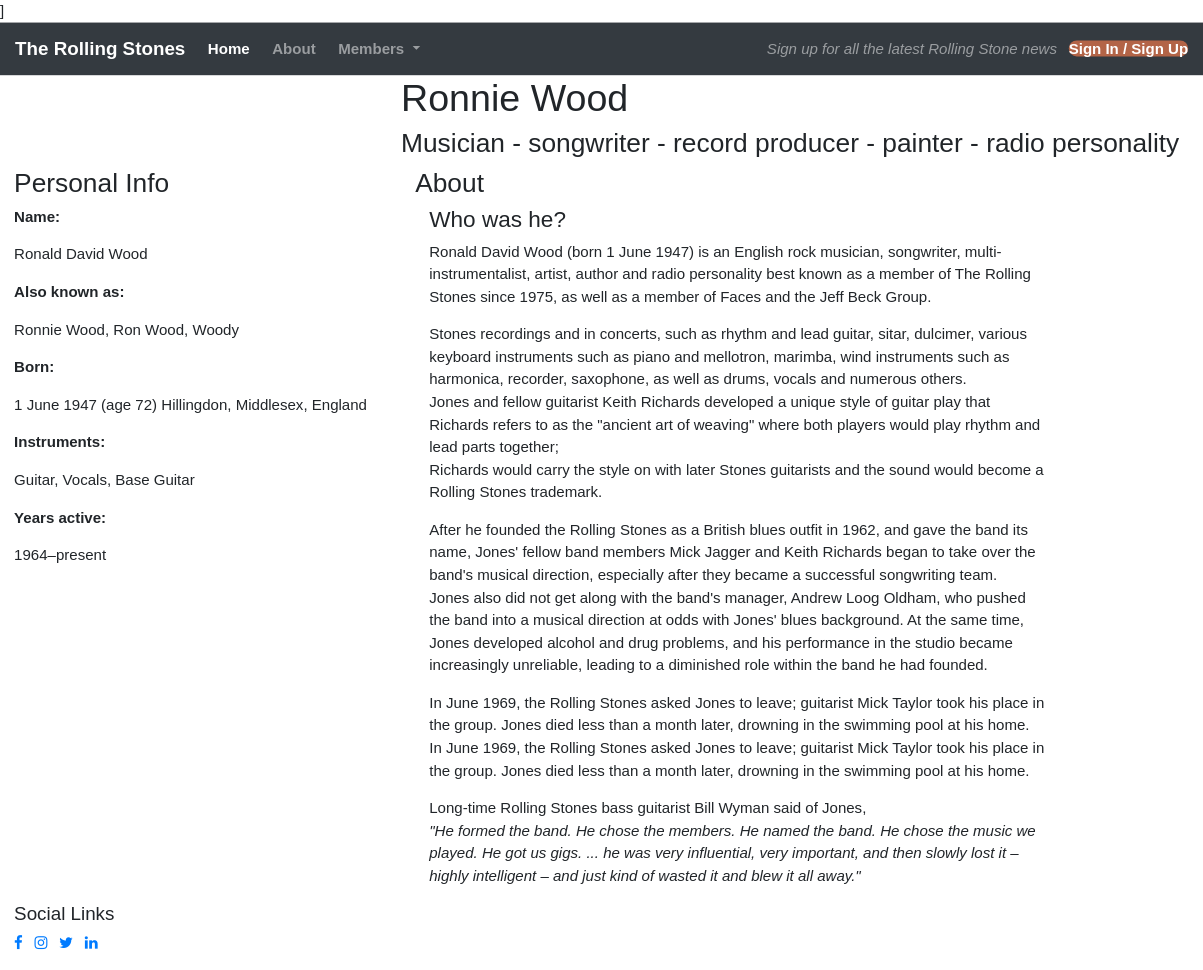
Repository: TecDruid/rolling-stones-fan-site
Page: ronnie-wood.html
The author's editor kept a record of every edit. The page is drawn from the files as they stood at one moment, then again after the next edit.
The browser window is 1280 px wide. The pictures show the whole page, at 94% of full size.
Some web fonts or font styles are not loaded; a fallback is used. Some web libraries are served in a nearby version.

Above is the page before.

### ronnie-wood.html
<!DOCTYPE html>
<html lang="en">

<head>
    <meta charset="utf-8">
    <meta name="viewport" content="width=device-width, initial-scale=1.0">
    <link rel="stylesheet" href="https://maxcdn.bootstrapcdn.com/bootstrap/4.1.3/css/bootstrap.min.css">
    <link rel="stylesheet" href="https://use.fontawesome.com/releases/v5.6.1/css/all.css" integrity="sha384-gfdkjb5BdAXd+lj+gudLWI+BXq4IuLW5IT+brZEZsLFm++aCMlF1V92rMkPaX4PP" crossorigin="anonymous">
    <link rel="stylesheet" href="https://stackpath.bootstrapcdn.com/font-awesome/4.7.0/css/font-awesome.min.css" type="text/css" />
    <link href="https://fonts.googleapis.com/css?family=Stylish" rel="stylesheet">
    <link rel="stylesheet" href="css/style.css" type="text/css" />
    <title>Ronnie Wood</title>
</head>

<body>

    <!----------------------------------------Nav--------------------------------------------->]


    <div class="nav-container"></div>
    <nav class="navbar navbar-dark navbar-expand-sm bg-dark">
        <a href="/" class="navbar-brand">
                    The Rolling Stones</a>

        <button class="navbar-toggler ml-auto" type="button" data-toggle="collapse" data-target="#navbarNavDropdown" aria-controls="navbarNavDropdown" aria-expanded="false" aria-label="Toggle navigation">
        <span class="navbar-toggler-icon"></span></button>

        <div class="collapse navbar-collapse" id="navbarNavDropdown">
            <ul class="navbar-nav mr-auto">
                <li class="active nav-item mr-2"><a class="nav-link" href="/">Home</a></li>
                <li class="nav-item mr-2"><a class="nav-link" href="">About</a></li>
                <li class="nav-item dropdown">
                    <a class="nav-link dropdown-toggle" href="#" id="navbarDropdownMenuLink" role="button" data-toggle="dropdown" aria-haspopup="true" aria-expanded="false">
          Members
        </a>
                    <div class="dropdown-menu" aria-labelledby="navbarDropdownMenuLink">
                        <a class="dropdown-item" href="members/brian-jones.html">Brian Jones</a>
                        <a class="dropdown-item" href="members/mick-jagger.html">Mick Jagger</a>
                        <a class="dropdown-item" href="members/keith-richards.html">Keith Richards</a>
                        <a class="dropdown-item" href="members/bill-wyman.html">Bill Wyman</a>
                        <a class="dropdown-item" href="members/charlie-watts.html">Charlie Watts</a>
                        <a class="dropdown-item" href="members/ronnie-wood.html">Ronnie Wood</a>
                        <a class="dropdown-item" href="members/ian-stewart.html">Ian Stewart</a>
                        <a class="dropdown-item" href="members/mike-taylor.html">Mick Taylor</a>
                    </div>
                </li>

                <li class="nav-item mr-2 d-block d-sm-none"><a class="nav-link" href="">Sign In / Sign Up</a></li>
            </ul>
        </div>
        <div class="d-none d-md-block">
            <p class="navbar-text my-auto mr-2"><i>Sign up for all the latest Rolling Stone news</i></p>
            <a href="/login " class="btn--cta btn--brown">Sign In / Sign Up</a>
        </div>
    </nav>

    <!-- -------------------------- The Header ---------------------------- -->

    <header>
        <div class="row no-gutters">
            <a class="col-md-4 logo" href="index.html"></a>
            <div class="col-md-8">
                <div class="row no-gutters bg-color-name-title">
                    <div class="col heading">
                        <h1 class="name">Ronnie Wood</h1>
                        <h3 class="title"> Musician - songwriter - record producer - painter - radio personality</h3>
                    </div>
                </div>
            </div>
        </div>
    </header>

    <!-- -------------------------- The Section ---------------------------- -->

    <section class="container-fluid">
        <div class="row">
            <div class="col-md-4 bg-colour-personal-info section-column">
                <div class="row">
                    <div class="col-12">
                        <h3 class="section-heading uppercase">Personal Info</h3>
                    </div>
                </div>
                <div class="personal-info-item">
                    <div class="key">
                        <p class="uppercase">
                            <strong>Name:</strong>
                        </p>
                    </div>
                    <div class="value">
                        <p>
                            Ronald David Wood
                        </p>
                    </div>
                </div>
                <div class="personal-info-item">
                    <div class="key">
                        <p class="uppercase">
                            <strong>Also known as:</strong>
                        </p>
                    </div>
                    <div class="value">
                        <p>
                            Ronnie Wood, Ron Wood, Woody
                        </p>
                    </div>
                </div>
                <div class="personal-info-item">
                    <div class="key">
                        <p class="uppercase">
                            <strong>Born:</strong>
                        </p>
                    </div>
                    <div class="value">
                        <p>
                            1 June 1947 (age 72) Hillingdon, Middlesex, England
                        </p>
                    </div>
                </div>
                <div class="personal-info-item">
                    <div class="key">
                        <p class="uppercase">
                            <strong>Instruments:</strong>
                        </p>
                    </div>
                    <div class="value">
                        <p>
                            Guitar, Vocals, Base Guitar
                        </p>
                    </div>
                </div>
                <div class="personal-info-item">
                    <div class="key">
                        <p class="uppercase">
                            <strong> Years active:</strong>
                        </p>
                    </div>
                    <div class="value">
                        <p>
                            1964–present
                        </p>
                    </div>
                </div>
            </div>

            <div class="col-md-8 bg-colour-three-reasons section-column">
                <div class="row">
                    <div class="col">
                        <h3 class="section-heading uppercase">About</h3>
                    </div>
                </div>
                <!-- <div class="row">
                    <div class="col-10 offset-1 offset-sm-0 col-sm-4 col-md-6">
                        <div class="row">
                            <div class="col-2">
                                <i class="three-reasons-icon fa fa-question" aria-hidden="true"></i>
                            </div> -->
                <div class="col-10">
                    <h4 class="three-reasons-heading uppercase">Who was he?</h4>
                    <p>
                        Ronald David Wood (born 1 June 1947) is an English rock musician, songwriter, multi-instrumentalist, artist, author and radio personality best known as a member of The Rolling Stones since 1975, as well as a member of Faces and the Jeff Beck Group.
                    </p>

                    <p>
                        Stones recordings and in concerts, such as rhythm and lead guitar, sitar, dulcimer, various keyboard instruments such as piano and mellotron, marimba, wind instruments such as harmonica, recorder, saxophone, as well as drums, vocals and numerous others.<br/>                        Jones and fellow guitarist Keith Richards developed a unique style of guitar play that Richards refers to as the "ancient art of weaving" where both players would play rhythm and lead parts together;<br/> Richards would carry the
                        style on with later Stones guitarists and the sound would become a Rolling Stones trademark.
                    </p>
                    <p>
                        After he founded the Rolling Stones as a British blues outfit in 1962, and gave the band its name, Jones' fellow band members Mick Jagger and Keith Richards began to take over the band's musical direction, especially after they became a successful songwriting
                        team.
                        <br/> Jones also did not get along with the band's manager, Andrew Loog Oldham, who pushed the band into a musical direction at odds with Jones' blues background. At the same time, Jones developed alcohol and drug problems, and
                        his performance in the studio became increasingly unreliable, leading to a diminished role within the band he had founded.
                    </p>
                    <p>
                        In June 1969, the Rolling Stones asked Jones to leave; guitarist Mick Taylor took his place in the group. Jones died less than a month later, drowning in the swimming pool at his home. In June 1969, the Rolling Stones asked Jones to leave; guitarist Mick
                        Taylor took his place in the group. Jones died less than a month later, drowning in the swimming pool at his home.
                    </p>
                    <p>Long-time Rolling Stones bass guitarist Bill Wyman said of Jones, <br/><i>"He formed the band. He chose the members. He named the band. He chose the music we played. He got us gigs. ... he was very influential, very important, and then slowly
                        lost it – highly intelligent – and just kind of wasted it and blew it all away."</i>
                    </p>
                </div>
            </div>
        </div>

        </div>
        </div>
        </div>

    </section>

    <!-- -------------------------- The Footer ---------------------------- -->

    <footer class="container-fluid">
        <div id="footer-details" class="row">
            <div class="col-sm-4">
                <h5 class="uppercase general-sub">Social Links</h5>

                <ul class="list-inline social-links">
                    <li class="list-inline-item">
                        <a target="_blank" href="#">
                            <i class="fa fa-facebook" aria-hidden="true"></i>
                            <span class="sr-only">Facebook</span>
                        </a>
                    </li>
                    <li class="list-inline-item">
                        <a target="_blank" href="#">
                            <i class="fa fa-instagram" aria-hidden="true"></i>
                            <span class="sr-only">Instagram</span>
                            </a>
                    </li>

                    <li class="list-inline-item">
                        <a target="_blank" href="#">
                            <i class="fa fa-twitter" aria-hidden="true"></i>
                            <span class="sr-only">Twitter</span>
                            </a>
                    </li>
                    <li class="list-inline-item">
                        <a target="_blank" href="#">
                            <i class="fa fa-linkedin" aria-hidden="true"></i>
                            <span class="sr-only">LinkedIn</span>
                        </a>
                    </li>
                </ul>

            </div>
        </div>
    </footer>
</body>

</html>

### css/style.css
body {
    font-family: 'Stylish', sans-serif;
}

/* Containers */

.nav-container {
    position: absolute;
    top: 0;
    right: 0;
    margin-left: 0;
    margin-right: 0;
    z-index: 1;

}

.navbar {
    margin-bottom: 0;
    border-width: 0;
    background-color: rgba (0, 0, 0, 0.25);
}

.navbar .navbar-brand {
    font-weight: bold;
}

.navbar .navbar-nav a {
    font-weight: bold;
}

.navbar-toggler {
    border-width: 0;
}

.alert-warning {
    padding-left: 10;
    padding-right: 0;
    color: #fff;
    background-color: #c9572b;
}

.alert {
    margin-bottom: 0;
    border-width: 0;
    border-radius: 0;
}

.callout-container {
    height: 100vh;

    background: url('../img/the-rolling-stones-bg.jpg') no-repeat bottom right fixed;
    -webkit-background-size: cover;
    -moz-background-size: cover;
    -o-background-size: cover;
    background-size: cover;

    display: flex;
    align-items: center;
    justify-content: center;

    position: relative;
}

.opaque-overlay {
    position: absolute;
    top: 0;
    left: 0;
    height: 100%;
    width: 100%;
    background-color: rgba(0, 0, 0, 0.5);
}

.quotes-container {}

.features-container {
    background-color: #c9572b;
}

/* Block dividers */

.block-divider {
    width: 175px;
    height: 5px;
    border: 0;
    background-color: #444;
}

.block-divider--orange {
    background-color: #f88f10;
}

.block-divider--short {
    width: 35px;
}

/* Jumbotron */

.jumbotron {
    background-color: transparent;
}

.jumbotron h1 {
    color: white;
    font-weight: bold;
    margin-bottom: 30px;
    color: white;
}

.jumbotron .lead {
    color: #a7a7a7;
    margin: 25px 0;
}

.jumbotron small {
    font-size: 60%;
    font-style: italic;
    color: #d0d0d0;
}

/* Buttons */

.btn--cta {
    font-weight: bold;
    border-radius: 23px;
    width: 160px;
}

.btn--brown {
    color: white;
    background-color: #b36447;
    border-color: #b36447;
}

.btn--brown:hover,
.btn--brown:active,
.btn--brown:focus,
.btn--brown:active:focus {
    background-color: #df4929;
    border-color: #df4929;
    color: white;
}

After the next edit:
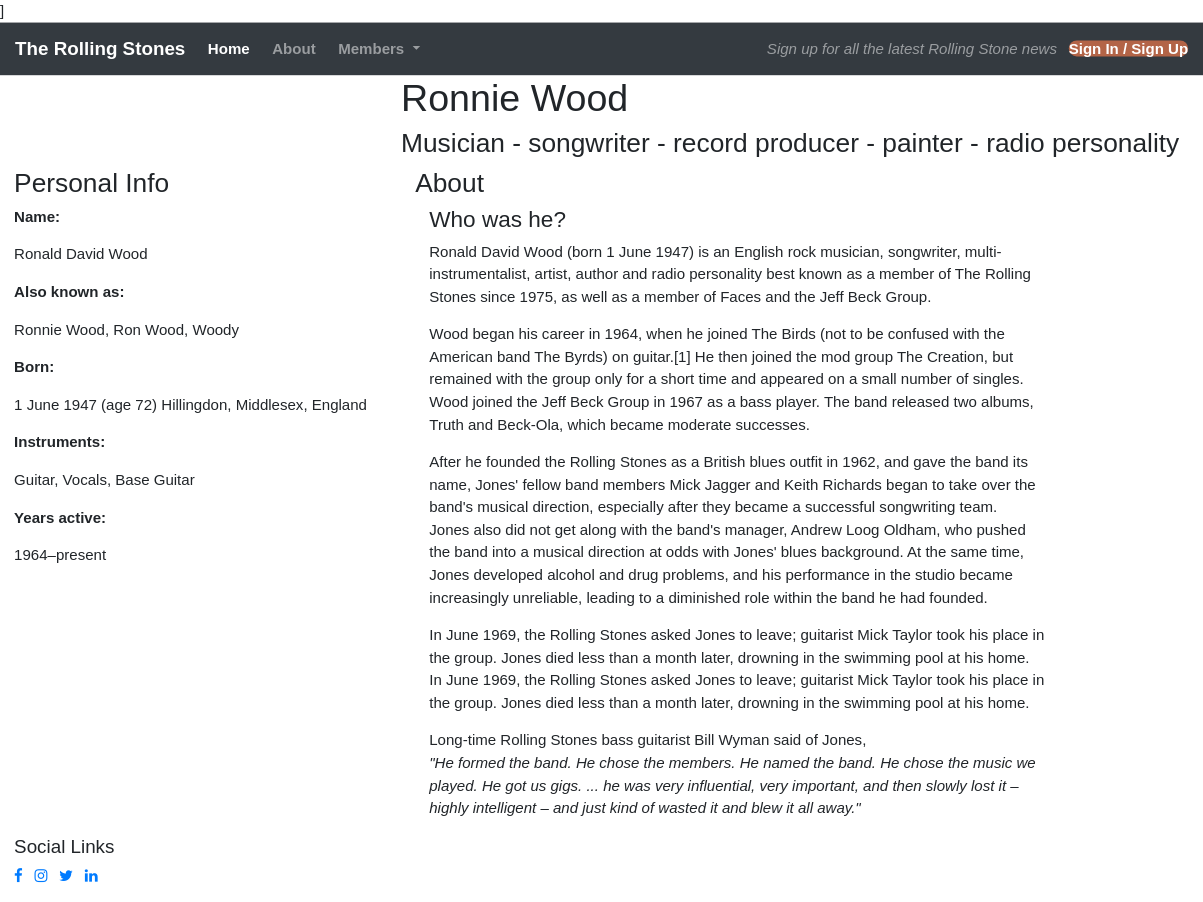
The edit:
--- a/ronnie-wood.html
+++ b/ronnie-wood.html
@@ -161,8 +161,7 @@
                     </p>
 
                     <p>
-                        Stones recordings and in concerts, such as rhythm and lead guitar, sitar, dulcimer, various keyboard instruments such as piano and mellotron, marimba, wind instruments such as harmonica, recorder, saxophone, as well as drums, vocals and numerous others.<br/>                        Jones and fellow guitarist Keith Richards developed a unique style of guitar play that Richards refers to as the "ancient art of weaving" where both players would play rhythm and lead parts together;<br/> Richards would carry the
-                        style on with later Stones guitarists and the sound would become a Rolling Stones trademark.
+                        Wood began his career in 1964, when he joined The Birds (not to be confused with the American band The Byrds) on guitar.[1] He then joined the mod group The Creation, but remained with the group only for a short time and appeared on a small number of singles. Wood joined the Jeff Beck Group in 1967 as a bass player. The band released two albums, Truth and Beck-Ola, which became moderate successes.
                     </p>
                     <p>
                         After he founded the Rolling Stones as a British blues outfit in 1962, and gave the band its name, Jones' fellow band members Mick Jagger and Keith Richards began to take over the band's musical direction, especially after they became a successful songwriting
